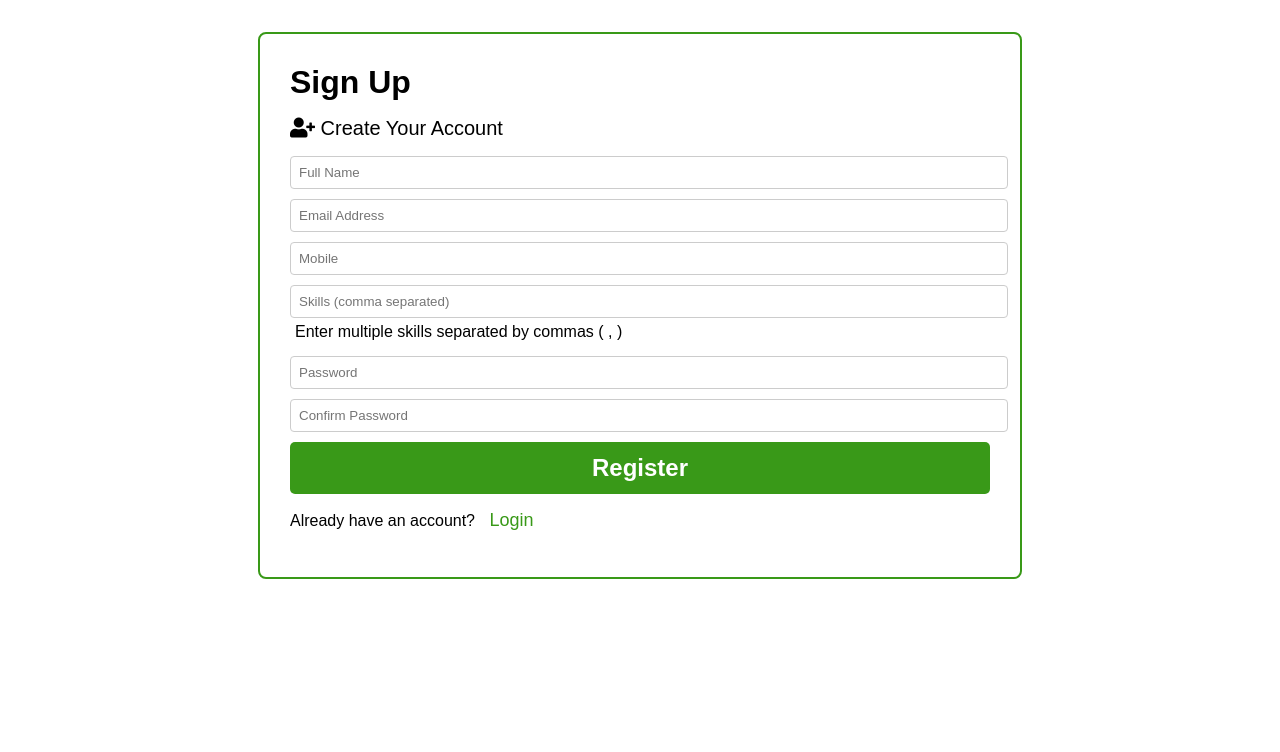
Repository: sayyad-mukthumsa-123/DevMania
Page: /register (app in frontend/)
The author's editor kept a copy of each file at every save. The page is drawn from the files as they stood at one save, then again after the next save.
The browser window is 1280 px wide. The pictures show the whole page.
The project was rebuilt for these pictures with package versions that can differ from the ones it lists, and the page was loaded fresh each time. Also part of the build but not shown: frontend/src/pages/Home.js, frontend/src/pages/login.js, frontend/src/pages/Allprofiles.js, frontend/src/pages/MyProfile.js, frontend/src/pages/Indprofile.js.

Above is the page before, as saved 2025-02-28 23:57:43.

### frontend/public/index.html
<!-- public/index.html -->
<!DOCTYPE html>
<html lang="en">
<head>
  <meta charset="UTF-8">
  <meta name="viewport" content="width=device-width, initial-scale=1.0">
  <title>Developers Hub</title>
  <link rel="stylesheet" href="https://cdnjs.cloudflare.com/ajax/libs/font-awesome/5.15.3/css/all.min.css">
</head>
<body>
  <div id="root"></div>
</body>
</html>

### frontend/src/App.js
import React from 'react'
import {BrowserRouter,Route,Routes} from 'react-router-dom'
import Home from './pages/Home'
import Login from './pages/login'
import Register from './pages/register'
import Allprofiles from './pages/Allprofiles'
import MyProfile from './pages/MyProfile'
import Indprofile from './pages/Indprofile'

const App = () => {
  return (
    <div>

      <BrowserRouter>
      <Routes>
        <Route path='/' exact Component={Home}/>
        <Route path='/login' exact Component={Login}/>
        <Route path='/register' exact Component={Register}/>
        <Route path='/allprofiles' exact Component={Allprofiles}/>
        <Route path='/myprofile' exact Component={MyProfile}/>
        <Route path='/indprofile/:fullname/:email/:skill/:id' exact Component={Indprofile}/>
      </Routes>
      </BrowserRouter>
    </div>
  )
}

export default App

### frontend/src/pages/register.js
import React, { useState } from 'react';
import { Link, useNavigate } from 'react-router-dom';
import axios from 'axios';
import '../styles/styles.css';

const Register = () => {
    const [formData, setFormData] = useState({
        fullname: '',
        email: '',
        mobile: '',
        skill: '',
        password: '',
        confirmPassword: ''
    });

    const navigate = useNavigate();

    const handleChange = e => {
        setFormData({ ...formData, [e.target.name]: e.target.value });
    };

    const handleSubmit = async e => {
        e.preventDefault();

        if (formData.password !== formData.confirmPassword) {
            alert("Passwords do not match");
            return;
        }

        try {
            const response = await axios.post('http://localhost:5000/register', formData, {
                headers: {
                    'Content-Type': 'application/json',
                }
            });

            if (response.status === 200) {
                console.log('Success:', response.data);
                alert('Registration successful! Please log in.');
                navigate('/login');
            } else {
                console.error('Error:', response.statusText);
            }
        } catch (error) {
            console.error('Error:', error);
        }
    };

    return (
        <div>
            <section className="container">
                <h1 className='large'>Sign Up</h1>
                <p className='lead'><i className="fas fa-user-plus"></i> Create Your Account</p>
                <form className='form' onSubmit={handleSubmit} autoComplete='off'>
                    <div className='form-group'>
                        <input
                            type='text'
                            placeholder='Full Name'
                            name="fullname"
                            value={formData.fullname}
                            onChange={handleChange}
                            required
                        />
                    </div>
                    <div className='form-group'>
                        <input
                            type='email'
                            placeholder='Email Address'
                            name="email"
                            value={formData.email}
                            onChange={handleChange}
                            required
                        />
                    </div>
                    <div className='form-group'>
                        <input
                            type='text'
                            placeholder='Mobile'
                            name="mobile"
                            value={formData.mobile}
                            onChange={handleChange}
                            required
                        />
                    </div>
                    <div className='form-group'>
                        <input
                            type='text'
                            placeholder='Skills (comma separated)'
                            name="skill"
                            value={formData.skill}
                            onChange={handleChange}
                            required
                        />
                        <p className='form-text'>Enter multiple skills separated by commas ( , )</p>
                    </div>
                    <div className='form-group'>
                        <input
                            type='password'
                            placeholder='Password'
                            name="password"
                            value={formData.password}
                            onChange={handleChange}
                            minLength='6'
                            required
                        />
                    </div>
                    <div className='form-group'>
                        <input
                            type='password'
                            placeholder='Confirm Password'
                            name="confirmPassword"
                            value={formData.confirmPassword}
                            onChange={handleChange}
                            minLength='6'
                            required
                        />
                    </div>
                    <input type='submit' className='btn' value="Register" />
                </form>
                <p className="text">
                    Already have an account? <Link to="/login" className='link-auth'>Login</Link>
                </p>
            </section>
        </div>
    );
}

export default Register;

### frontend/src/styles/styles.css
/* General reset */
body, html {
  margin: 0;
  padding: 0;
  font-family: Arial, sans-serif;
  width: 100%;
  min-height: 100vh;

}

/* Navbar styles */
.navbar {
  display: flex;
  justify-content: space-between;
  align-items: center;
  padding: 4px;
  font-size: x-large;
  background-color: #22580f
}

.navbar h1 a {
  color: #ffffff;
  text-decoration: none;
}

.navbar ul {
  list-style: none;
  display: flex;
  margin: 0;
  padding: 10px;
  font-size: larger;
}
.navbar ul li
{
  padding: 10px;
  transition: all 0.3s ease;
}
.navbar ul li:hover
{
  transform: scale(1.2);
}
.navbar ul li {
  margin-left: 1rem;
}

.navbar ul li a {
  color: #ffffff;
  text-decoration: none;
}

/* Landing page styles */
/* .landing {
  height: 100%;
  display: flex;
  align-items: center;
  justify-content: center;
  color: black;
  position: relative;
}

.dark-overlay {
  position: absolute;
  top: 0;
  left: 0;
  right: 0;
  bottom: 0;
}

.landing-inner {
  text-align: center;
  z-index: 2;
  position: relative;
}

.x-large {
  font-size: 4rem;
}

.lead {
  font-size: 1.5rem;
  margin-bottom: 2rem;
  color: black;
}

.buttons .btn ,.btn{
  margin: 3rem 2rem;
  padding: 0.75rem 1.25rem;
  border: none;
  border-radius: 5px;
  cursor: pointer;
  text-decoration: none;
  font-size: x-large;
  background-color:#399918 ;
  color: #ffffff;
}


.btn-auth {
  transition: all 0.3s ease;
}
.btn-auth:hover
{
  transform: scale(1.1);
} */

.landing {
  height: 100vh;
  display: flex;
  align-items: center;
  justify-content: center;
  color: white;
  position: relative;
  background: url('../images/home.png') no-repeat center center/cover;
  text-align: center;
  flex-direction: column;
}

.dark-overlay {
  position: absolute;
  top: 0;
  left: 0;
  right: 0;
  bottom: 0;
  background: rgba(0, 0, 0, 0.6); /* Adds a dark overlay for better text visibility */
  display: flex;
  flex-direction: column;
  justify-content: center;
  align-items: center;
}

.landing-inner {
  text-align: center;
  z-index: 2;
  position: relative;
  padding: 2rem;
  max-width: 800px;
}

.x-large {
  font-size: 4rem;
  font-weight: bold;
}

.lead {
  font-size: 1.5rem;
  margin-bottom: 2rem;
}

.buttons {
  display: flex;
  justify-content: center;
  gap: 1.5rem;
}

.btn, .btn-auth {
  width: auto;
  padding: 0.75rem 1.5rem;
  border: none;
  border-radius: 8px;
  cursor: pointer;
  text-decoration: none;
  font-size: 1.25rem;
  font-weight: bold;
  background-color: #399918;
  color: #ffffff;
  transition: all 0.3s ease;
}

.btn-auth:hover {
  transform: scale(1.1);
  background-color: #2e7d12;
}

/* Ensure Navbar stays at the top */
.navbar {
  position: absolute;
  top: 0;
  left: 0;
  width: 100%;
  z-index: 3;
}


/* Container styles */
.container {
  width: 700px;
  margin: 2rem auto;
  padding: 30px;
  border: 2px solid #399918;
  color: black;
  border-radius: 8px;
  position: relative; /* To ensure proper z-index handling */
  z-index: 1; /* Ensures the container is above any background effects */
}

/* Form styles */
.form {


  display: flex;
  flex-direction: column;
}

.form-group {
  margin-bottom: 1.5rem;
}

.form-text
{
  margin:5px !important;
}
/* .form-group input {
  width: 10%;
  padding: 0.75rem;
  font-size: 1rem;
  border: 1px solid black;
  border-radius: 5px;
  transition: border-color 0.3s ease-in-out, box-shadow 0.3s ease-in-out;
} */

.form-group input:focus {
  border-color: #f6f7f9;
  box-shadow: 0 0 8px rgba(0, 123, 255, 0.3);
  outline: none;
}

.btn {
  display: inline-block;
  padding: 0.75rem 1.5rem;
  border: none;
  border-radius: 5px;
  cursor: pointer;
  text-decoration: none;
  font-size: 1.5rem;
  text-align: center;
}

/* .btn-primary {
  background-color: #007bff;
  color: #ffffff;
}

.btn-primary:hover {
  background-color: #0056b3;
  opacity: 0.9;
} */

/* .text-primary {
  color: #f6f8fb;
} */

.large {
  margin: 0 !important;
  font-size: 2rem;
  margin-bottom: 1rem;
}

.lead {
  font-size: 1.25rem;
  margin-bottom: 1rem;
}

.error {
  color: red;
  margin-top: 1rem;
}

p {
  margin-top: 1rem;
}
.link-auth{
  color:#399918;
  text-decoration: none;
  cursor: pointer;
  padding-left:10px ;
  transition: all 0.3s ease;
  display: inline-block;
  font-size: large;
}
.link-auth:hover
{
  transform: scale(1.3);
}
/* Profiles styles */
.profiles {
  display: flex;
  flex-direction: column;
  gap: 1rem;
}

.profile {
  background-color: #f4f4f4;
  padding: 1rem;
  display: flex;
  align-items: center;
  border: 1px solid #ccc;
  box-shadow: 0 4px 8px rgba(0, 0, 0, 0.1);
  border-radius: 5px;
  margin-bottom: 1rem;
}

.profile .round-img {
  width: 100px;
  border-radius: 50%;
  margin-right: 1rem;
}

.profile-info {
  flex: 1;
}

.profile-info h2 {
  margin: 0 0 0.5rem 0;
}

.profile-info p {
  margin: 0.5rem 0;
}

.profile-info .btn {
  display: inline-block;
  background-color:#399918;
  color: #fff;
  padding: 0.5rem 1rem;
  text-decoration: none;
  border-radius: 0.25rem;
  margin-top: 0.5rem;
  transition: all 0.3s ease;
}

.profile-info .btn:hover {
  transform: scale(1.1);
  background-color:#399918;
}

.profile-skills {
  list-style: none;
  padding: 0;
  display: flex;
  flex-direction: column;
  gap: 0.5rem;
  margin-left: 1rem;
  color: black;
}

.profile-skills li {
  display: flex;
  align-items: center;
  color:greenyellow;
}

.profile-skills li i {
  margin-right: 0.5rem;
}

/* GitHub Section */
.profile-github {
  margin-top: 1rem;
}

.profile-github h2 {
  margin-bottom: 1rem;
}

.repo {
  background: #fff;
  padding: 1rem;
  margin-bottom: 1rem;
  border: 1px solid #ccc;
}

.repo h4 {
  margin: 0.5rem 0;
}

.repo p {
  margin: 0.5rem 0;
}

/* Form */
.form {
  margin-top: 1rem;
}

.form-group {
  margin-bottom: 10px;
}

.form-group input {
  width: 100%;
  padding: 0.5rem;
  border: 1px solid #ccc;
  border-radius: 0.25rem;
}

.form-group input:focus {
  border-color: #007bff;
  outline: none;
}

/* .btn-primary {
  background: #007bff;
  color: #fff;
  border: none;
  padding: 0.5rem 1rem;
  cursor: pointer;
}

.btn-primary:hover {
  background: #0056b3;
} */

/* Profile Grid */
.profile-grid {
  display: grid;
  grid-template-columns: 1fr;
  grid-gap: 1rem;
  margin-top: 1rem;
}

.profile-top {
  background: #0a0a0a;
  color: #fff;
  padding: 1rem;
  text-align: center;
}

.profile-top img {
  width: 150px;
  border-radius: 50%;
}

.profile-top h1 {
  margin: 0.5rem 0;
}

.profile-top p {
  margin: 0.5rem 0;
}
a{
  color:aqua
}
 .white-text {
  color: black;
}
 .skill-text {
  /* background-color: #5e585c16;  */
  color: #c51414;
  padding: 10px 15px;
  border-radius: 5px;
  display: flex;
  align-items: center;
  font-size: 16px;
  margin-top: 2px;
  /* box-shadow: 0 2px 4px rgba(0, 0, 0, 0.1);  */
}


.skill-text i {
  color: #28a745;
  margin-right: 30px;
}
.taskprovider
{
  color:#28a745;
  text-decoration: none;
  font-size: xx-large;
}

Loaded but not shown: frontend/src/index.js (common file); frontend/src/index.css (common file); frontend/src/reportWebVitals.js (common file)

After the next save:
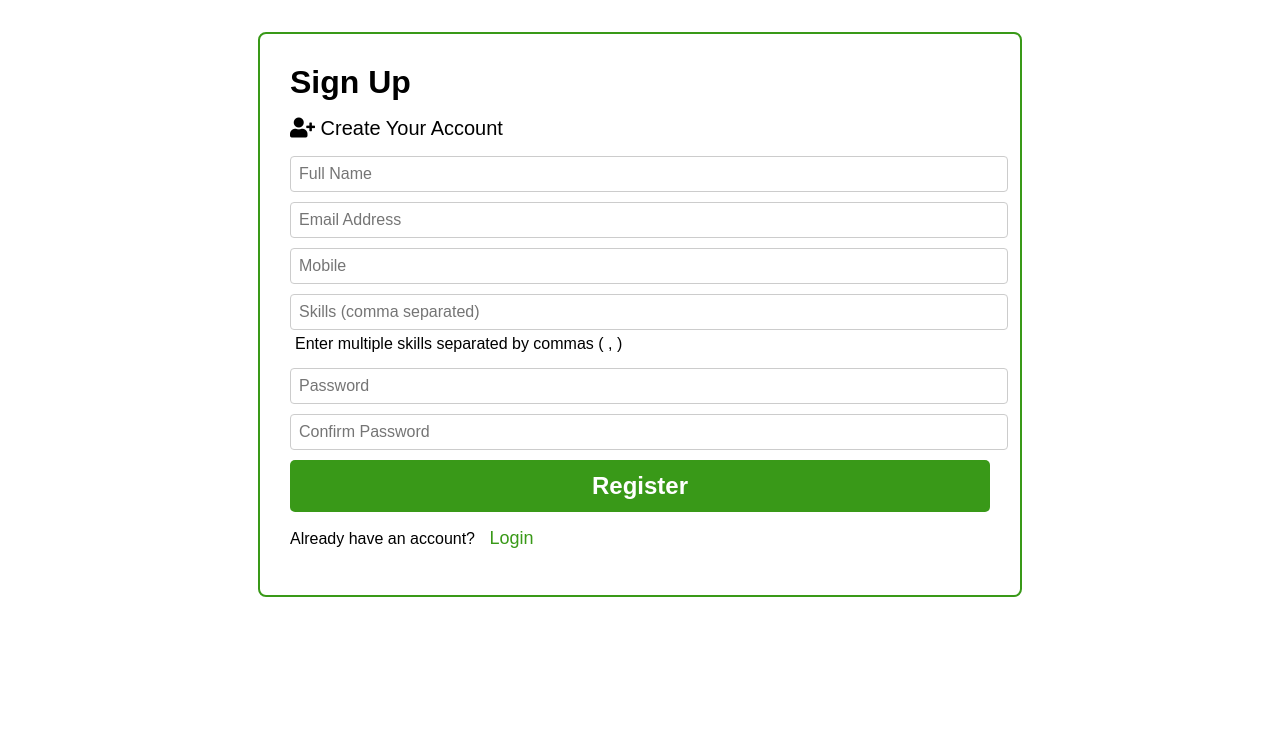
Saved 49 s later.
--- a/frontend/src/styles/styles.css
+++ b/frontend/src/styles/styles.css
@@ -391,6 +391,8 @@ p {
   padding: 0.5rem;
   border: 1px solid #ccc;
   border-radius: 0.25rem;
+  font-size: 1rem;
+  transition: border-color 0.3s ease-in-out, box-shadow 0.3s ease-in-out;
 }
 
 .form-group input:focus {
